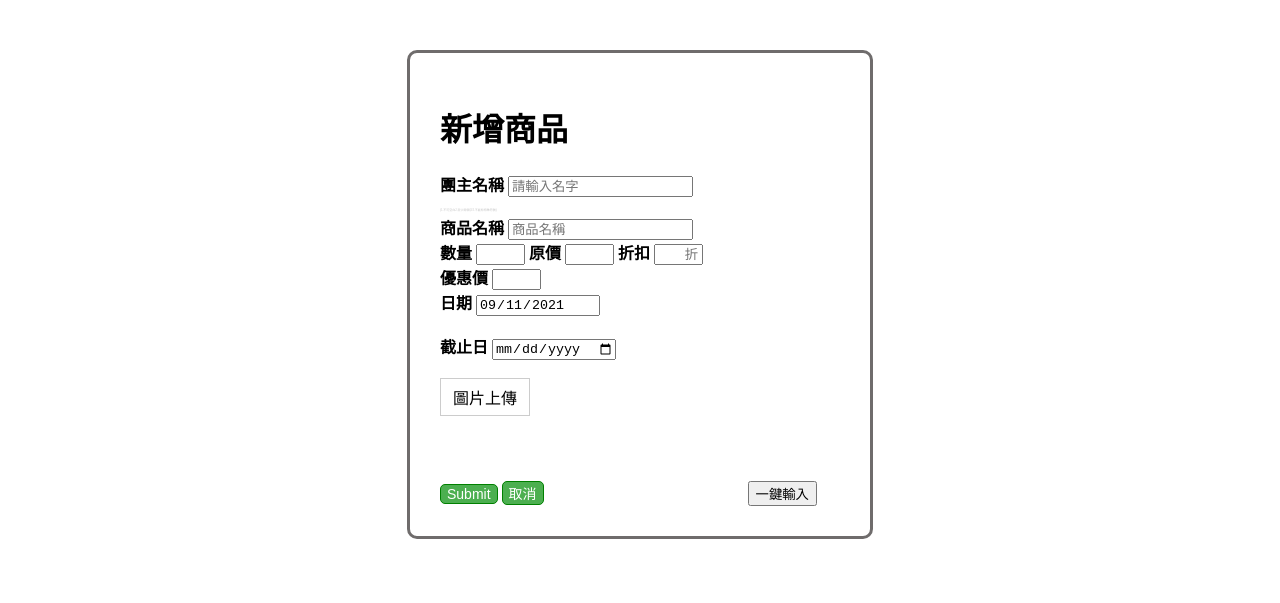
Repository: irlmpbfhvf2009/2021-09-17-Pro2-MVC
Page: http://localhost/Groupon/Manage-add.jsp
An editor plug-in stored every save of this project. The page is shown before and after the next save, followed by the edit.
The browser window is 1280 px wide. The pictures show the whole page.
The page is served by Tomcat 9.

Above is the page before, as saved 2021-09-13 13:55:15.

After the next save:
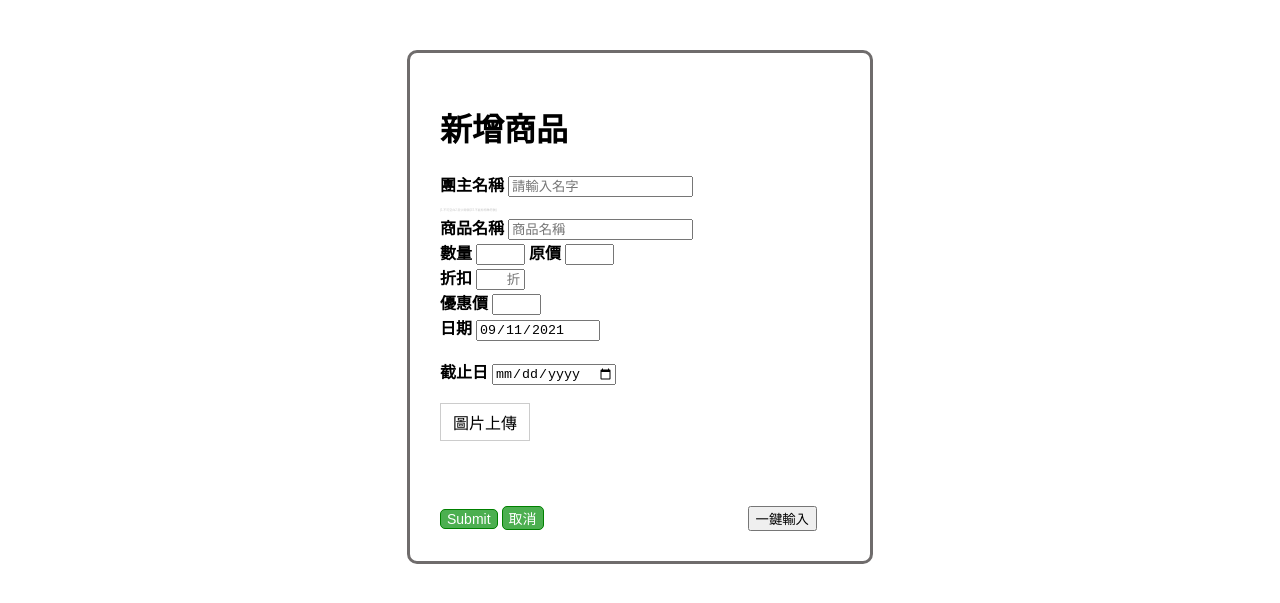
Saved 16 s later.
--- a/Groupon/src/main/webapp/Manage-add.jsp
+++ b/Groupon/src/main/webapp/Manage-add.jsp
@@ -41,7 +41,7 @@ img{float=none;}
 			<strong>數量 </strong><input type="text" name="quantity" required class="quantity" maxlength="3" size="3">
 
 			<!-- 原價 -->
-			<strong>原價 </strong><input type="text" class="price" required name="price" maxlength="6" size="3">
+			<strong>原價 </strong><input type="text" class="price" required name="price" maxlength="6" size="3"><br>
 
 			<!-- 折扣 -->
 			<strong>折扣 </strong><input type="text" class="discount" required name="discount" maxlength="2" size="3" placeholder="　　折">
